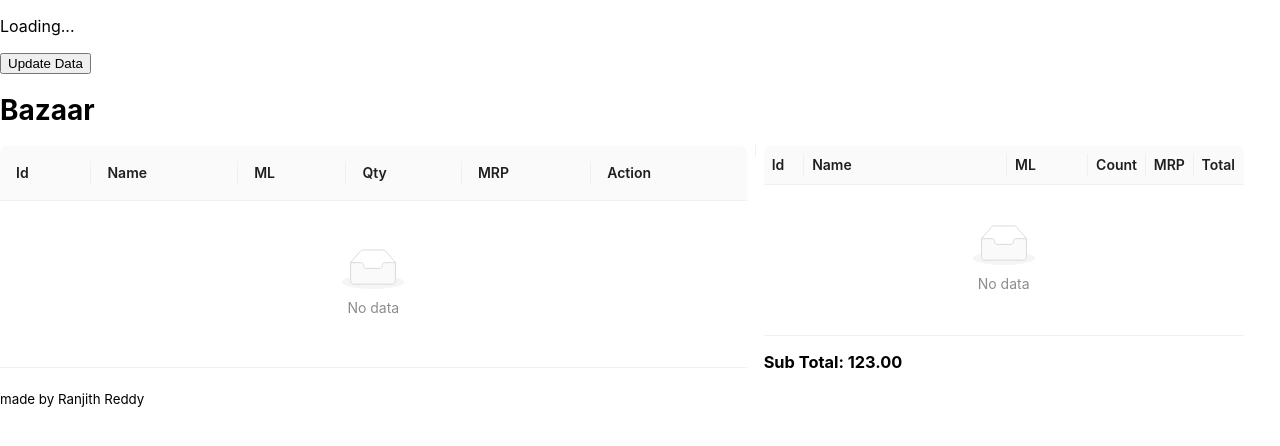
Repository: rxg8255/bazaar
Page: /
These files come from the project's save history. The page is drawn as it stood at one moment and after the next save; the edit follows.
The browser window is 1280 px wide. The pictures show the whole page.
The page's requests for data from a server got no answer. The project was rebuilt for these pictures with package versions that can differ from the ones it lists, and the page was loaded fresh each time. No one was signed in, and anything a server would have sent is missing. Also part of the build but not shown: src/App.css.

Above is the page before, as saved 2024-01-28 20:02:35.

### src/App.js
import Cart from "./Cart";
import "./App.css";
import Product from "./Products";
import { Row, Col, Divider } from "antd";
import React, { useState, useEffect } from "react";
import Parent from "./Parent";

function App() {
  const [cartData, setCartData] = useState([]);
  const [cartTempData, setCartTempData] = useState([]);

  let tempData = [];

  const addData = (item) => {
    console.log("You added item:", item);
    cartData.push(item);
    setCartData(cartData);
    tempData = cartData;
    console.log("Cart data after adding item", cartData);
    // setCartTempData(cartData);
    debugger;
  };

  useEffect(() => {
    debugger;
    console.log("Cart data is updated");
  }, [tempData]);

  return (
    <div className="container">
      <Parent />
      <Row>
        <Col span={24}>
          <h1>Bazaar</h1>
        </Col>
      </Row>
      <Row>
        <Col span={14}>
          <Product onData={addData} />
        </Col>
        <Divider type="vertical" />
        {/* <Col span={1}></Col> */}
        <Col span={9}>
          <Cart cartListData={cartTempData} />
        </Col>
      </Row>
      <footer>
        <small>made by Ranjith Reddy</small>
      </footer>
    </div>
  );
}

export default App;

### src/Cart.js
import React, { useState, useEffect } from "react";
import { Table } from "antd";

function Cart({ cartListData }) {
  const columns = [
    {
      title: "Id",
      dataIndex: "key",
      width: 40,
      fixed: "left",
    },
    {
      title: "Name",
      dataIndex: "name",
      width: 200,
      fixed: "left",
    },
    {
      title: "ML",
      dataIndex: "quantity",
      width: 80,
      fixed: "left",
    },
    {
      title: "Count",
      dataIndex: "count",
      width: 40,
      fixed: "left",
    },
    {
      title: "MRP",
      dataIndex: "mrp_price",
      width: 40,
      fixed: "left",
    },
    {
      title: "Total",
      dataIndex: "total_price",
      width: 40,
      fixed: "left",
    },
  ];

  const [cartState, setCartState] = useState(cartListData);
  useEffect(() => {
    console.log("Cart state changed");
    setCartState(cartListData);
  }, [cartListData]);

  return (
    <div>
      <Table columns={columns} dataSource={cartState} size="small" />
      <h3>Sub Total: 123.00</h3>
    </div>
  );
}

export default Cart;

### src/Products.js
import React, { useState, useEffect } from "react";
import axios from "axios";
import { Table, Button } from "antd";

function Product(props) {
  const columns = [
    {
      title: "Id",
      dataIndex: "key",
    },
    {
      title: "Name",
      dataIndex: "name",
    },
    {
      title: "ML",
      dataIndex: "quantity",
    },
    {
      title: "Qty",
      dataIndex: "available",
    },
    {
      title: "MRP",
      dataIndex: "mrp_price",
    },
    {
      title: "Action",
      key: "action",
      render: (text, record, index) => (
        <Button onClick={() => handleButtonClick(record)}>Add</Button>
      ),
    },
  ];

  const [data, setData] = useState([]);

  const handleButtonClick = (record) => {
    console.log("You clicked the button with data", record);
    props.onData(record);
  };

  useEffect(() => {
    const fetchData = async () => {
      // Try to get the data from the API endpoint
      try {
        // Use axios.get to make a GET request with the URL
        const response = await axios.get(
          "http://127.0.0.1:8000/api/inventory/"
        );
        // Set the data state with the response data
        setData(response.data);
      } catch (error) {
        console.error(error);
      }
    };
    fetchData();
  }, []);

  return (
    <div>
      <Table columns={columns} dataSource={data} />
    </div>
  );
}

export default Product;

### src/Parent.js
import React, { useState } from "react";
import Child from "./Child";

const Parent = () => {
  const [inputValue, setInputValue] = useState("");

  const handleInputChange = (e) => {
    setInputValue(e.target.value);
  };

  // Assume this function gets the new data from somewhere
  const updateData = () => {
    const newData = "Hello, world!";
    setInputValue(newData);
  };

  return (
    <form>
      <Child inputValue={inputValue} onInputChange={handleInputChange} />
      <button onClick={updateData}>Update Data</button>
    </form>
  );
};
export default Parent;

### src/Child.js
import React, { useEffect } from "react";

const Child = ({ data }) => {
  useEffect(() => {
    if (data) {
      console.log(data);
    }
  }, [data]);

  return <div>{data ? <p data={data} /> : <p>Loading...</p>}</div>;
};
export default Child;

Loaded but not shown: public/index.html (common file); src/index.js (common file); src/index.css (common file); src/reportWebVitals.js (common file)

After the next save:
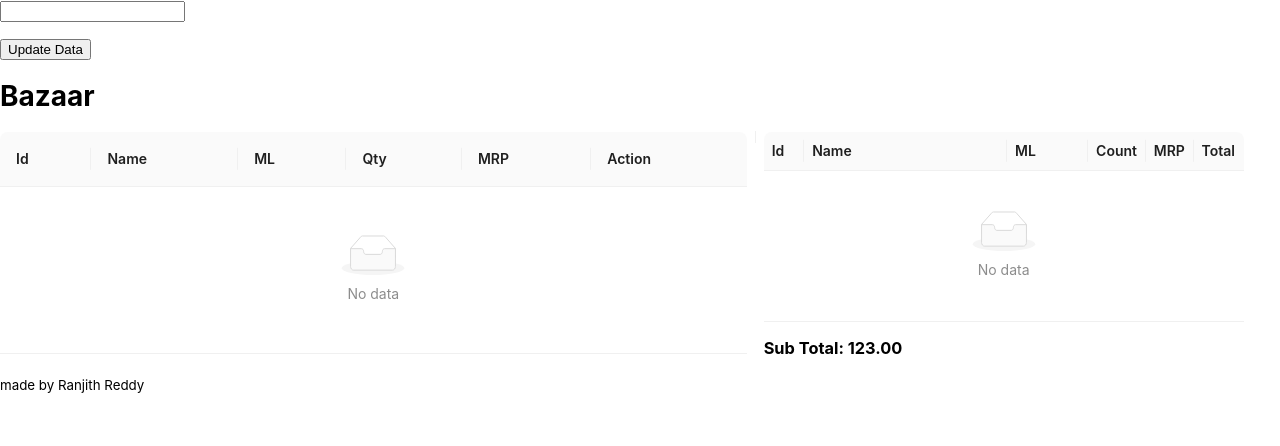
Saved 20 s later.
--- a/src/Child.js
+++ b/src/Child.js
@@ -1,12 +1,10 @@
-import React, { useEffect } from "react";
+import React from "react";
 
-const Child = ({ data }) => {
-  useEffect(() => {
-    if (data) {
-      console.log(data);
-    }
-  }, [data]);
-
-  return <div>{data ? <p data={data} /> : <p>Loading...</p>}</div>;
-};
-export default Child;
+export default function Child({ inputValue, onInputChange }) {
+  return (
+    <div>
+      <input type="text" value={inputValue} onChange={onInputChange} />
+      <p>{inputValue}</p>
+    </div>
+  );
+}
